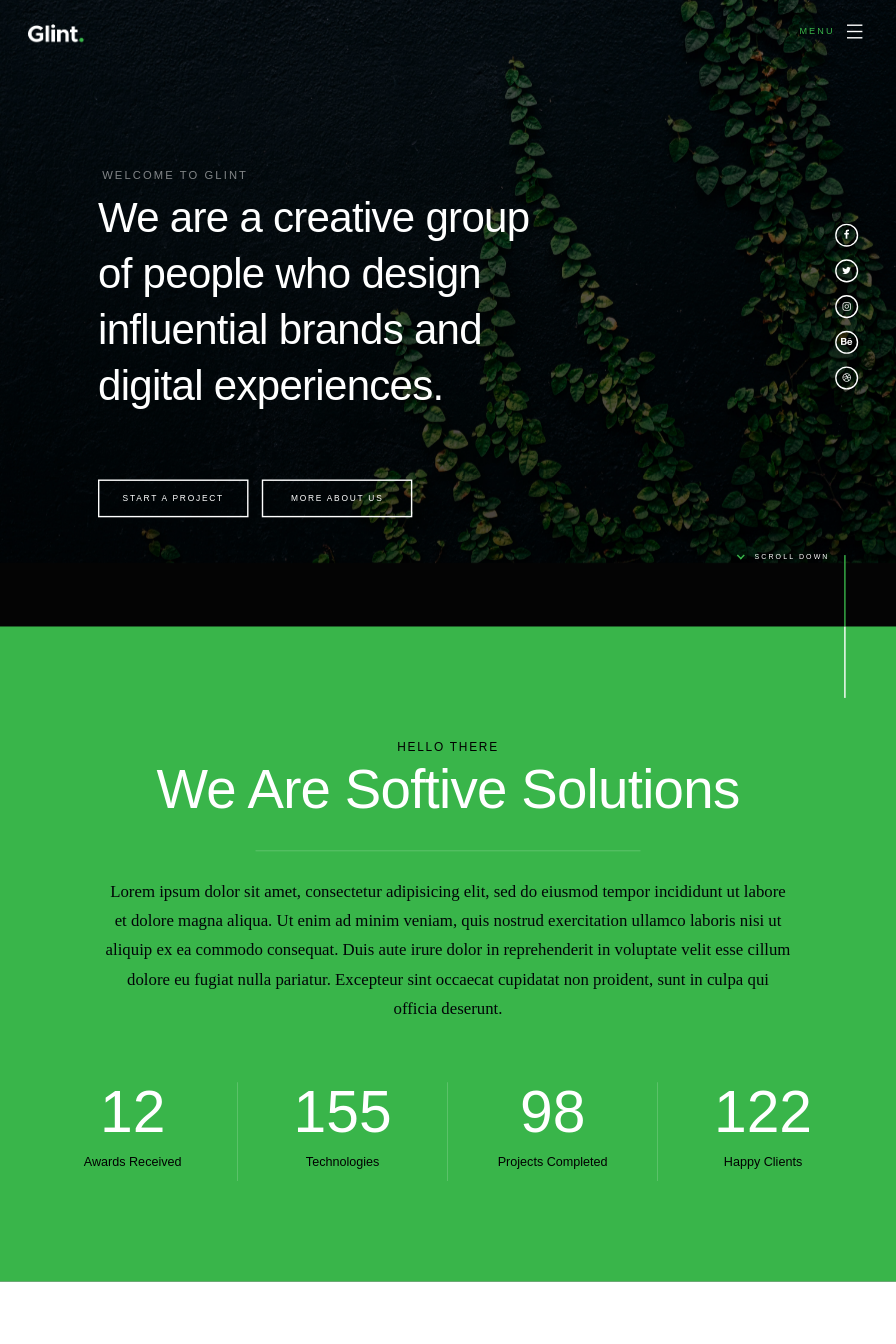
Repository: ahsankalim09/light-Agency
Page: index.html
An editor plug-in stored every save of this project. The page is shown before and after the next save, followed by the edit.
The browser window is 1280 px wide. The pictures show the part of the page from y = 0 to 1920 px (the page is 8556 px tall), at 70% of full size.
Some web fonts or font styles are not loaded; a fallback is used.

Above is the page before, as saved 2020-12-27 18:57:22.

### index.html
<!DOCTYPE html>
<!--[if lt IE 9 ]><html class="no-js oldie" lang="en"> <![endif]-->
<!--[if IE 9 ]><html class="no-js oldie ie9" lang="en"> <![endif]-->
<!--[if (gte IE 9)|!(IE)]><!-->
<html class="no-js" lang="en">
<!--<![endif]-->

<!-- Mirrored from preview.colorlib.com/theme/glint/ by HTTrack Website Copier/3.x [XR&CO'2014], Sun, 27 Dec 2020 13:01:51 GMT -->
<head>

<meta charset="utf-8">
<title>Glint</title>
<meta name="description" content="">
<meta name="author" content="">

<meta name="viewport" content="width=device-width, initial-scale=1">

<link rel="stylesheet" href="css/base.css">
<link rel="stylesheet" href="css/vendor.css">
<link rel="stylesheet" href="css/main.css">

<script src="js/modernizr.js"></script>
<script src="js/pace.min.js"></script>

<link rel="shortcut icon" href="favicon.ico" type="image/x-icon">
<link rel="icon" href="favicon.ico" type="image/x-icon">
</head>
<body id="top">

<header class="s-header">
<div class="header-logo">
<a class="site-logo" href="index-2.html">
<img src="images/logo.png" alt="Homepage">
</a>
</div>
<nav class="header-nav">
<a href="#0" class="header-nav__close" title="close"><span>Close</span></a>
<div class="header-nav__content">
<h3>Navigation</h3>
<ul class="header-nav__list">
<li class="current"><a class="smoothscroll" href="#home" title="home">Home</a></li>
<li><a class="smoothscroll" href="#about" title="about">About</a></li>
<li><a class="smoothscroll" href="#services" title="services">Services</a></li>
<li><a class="smoothscroll" href="#works" title="works">Works</a></li>
<li><a class="smoothscroll" href="#clients" title="clients">Clients</a></li>
<li><a class="smoothscroll" href="#contact" title="contact">Contact</a></li>
</ul>
<p>Perspiciatis hic praesentium nesciunt. Et neque a dolorum <a href='#0'>voluptatem</a> porro iusto sequi veritatis libero enim. Iusto id suscipit veritatis neque reprehenderit.</p>
<ul class="header-nav__social">
<li>
<a href="#"><i class="fa fa-facebook"></i></a>
</li>
<li>
<a href="#"><i class="fa fa-twitter"></i></a>
</li>
<li>
<a href="#"><i class="fa fa-instagram"></i></a>
</li>
<li>
<a href="#"><i class="fa fa-behance"></i></a>
</li>
<li>
<a href="#"><i class="fa fa-dribbble"></i></a>
</li>
</ul>
</div>
</nav>
<a class="header-menu-toggle" href="#0">
<span class="header-menu-text">Menu</span>
<span class="header-menu-icon"></span>
</a>
</header>

<section id="home" class="s-home target-section" data-parallax="scroll" data-image-src="images/hero-bg.jpg" data-natural-width=3000 data-natural-height=2000 data-position-y=center>
<div class="overlay"></div>
<div class="shadow-overlay"></div>
<div class="home-content">
<div class="row home-content__main">
<h3>Welcome to Glint</h3>
<h1>
We are a creative group <br>
of people who design <br>
influential brands and <br>
digital experiences.
</h1>
<div class="home-content__buttons">
<a href="#contact" class="smoothscroll btn btn--stroke">
Start a Project
</a>
<a href="#about" class="smoothscroll btn btn--stroke">
More About Us
</a>
</div>
</div>
<div class="home-content__scroll">
<a href="#about" class="scroll-link smoothscroll">
<span>Scroll Down</span>
</a>
</div>
<div class="home-content__line"></div>
</div>
<ul class="home-social">
<li>
<a href="#0"><i class="fa fa-facebook" aria-hidden="true"></i><span>Facebook</span></a>
</li>
<li>
<a href="#0"><i class="fa fa-twitter" aria-hidden="true"></i><span>Twiiter</span></a>
</li>
<li>
<a href="#0"><i class="fa fa-instagram" aria-hidden="true"></i><span>Instagram</span></a>
</li>
<li>
<a href="#0"><i class="fa fa-behance" aria-hidden="true"></i><span>Behance</span></a>
</li>
<li>
<a href="#0"><i class="fa fa-dribbble" aria-hidden="true"></i><span>Dribbble</span></a>
</li>
</ul>

</section>

<section id='about' class="s-about">
<div class="row section-header has-bottom-sep" data-aos="fade-up">
<div class="col-full">
<h3 class="subhead subhead--dark">Hello There</h3>
<h1 class="display-1 display-1--light"> <span > We Are </span>Softive Solutions</h1>
</div>
</div>
<div class="row about-desc" data-aos="fade-up">
<div class="col-full">
<p>
Lorem ipsum dolor sit amet, consectetur adipisicing elit, sed do eiusmod tempor incididunt ut labore et dolore magna aliqua. Ut enim ad minim veniam, quis nostrud exercitation ullamco laboris nisi ut aliquip ex ea commodo consequat. Duis aute irure dolor in reprehenderit in voluptate velit esse cillum dolore eu fugiat nulla pariatur. Excepteur sint occaecat cupidatat non proident, sunt in culpa qui officia deserunt.
</p>
</div>
</div>
<div class="row about-stats stats block-1-4 block-m-1-2 block-mob-full" data-aos="fade-up">
<div class="col-block stats__col ">
<div class="stats__count">12</div>
<h5>Awards Received</h5>
</div>
<div class="col-block stats__col">
<div class="stats__count">155</div>
<h5>Technologies</h5>
</div>
<div class="col-block stats__col">
<div class="stats__count">98</div>
<h5>Projects Completed</h5>
</div>
<div class="col-block stats__col">
<div class="stats__count">122</div>
<h5>Happy Clients</h5>
</div>
</div>
<div class="about__line"></div>
</section>

<section id='services' class="s-services">
<div class="row section-header has-bottom-sep" data-aos="fade-up">
<div class="col-full">
<h3 class="subhead">What We Do</h3>
<h1 class="display-2">We’ve got everything you need to launch and grow your business</h1>
</div>
</div>
<div class="row services-list block-1-2 block-tab-full">
<div class="col-block service-item" data-aos="fade-up">
<div class="service-icon">
<i class="icon-paint-brush"></i>
</div>
<div class="service-text">
<h3 class="h2">Brand Identity</h3>
<p>Nemo cupiditate ab quibusdam quaerat impedit magni. Earum suscipit ipsum laudantium.
Quo delectus est. Maiores voluptas ab sit natus veritatis ut. Debitis nulla cumque veritatis.
Sunt suscipit voluptas ipsa in tempora esse soluta sint.
</p>
</div>
</div>
<div class="col-block service-item" data-aos="fade-up">
<div class="service-icon">
<i class="icon-group"></i>
</div>
<div class="service-text">
<h3 class="h2">Illustration</h3>
<p>Nemo cupiditate ab quibusdam quaerat impedit magni. Earum suscipit ipsum laudantium.
Quo delectus est. Maiores voluptas ab sit natus veritatis ut. Debitis nulla cumque veritatis.
Sunt suscipit voluptas ipsa in tempora esse soluta sint.
</p>
</div>
</div>
<div class="col-block service-item" data-aos="fade-up">
<div class="service-icon">
<i class="icon-megaphone"></i>
</div>
<div class="service-text">
<h3 class="h2">Marketing</h3>
<p>Nemo cupiditate ab quibusdam quaerat impedit magni. Earum suscipit ipsum laudantium.
Quo delectus est. Maiores voluptas ab sit natus veritatis ut. Debitis nulla cumque veritatis.
Sunt suscipit voluptas ipsa in tempora esse soluta sint.
</p>
</div>
</div>
<div class="col-block service-item" data-aos="fade-up">
<div class="service-icon">
<i class="icon-earth"></i>
</div>
<div class="service-text">
<h3 class="h2">Web Design</h3>
<p>Nemo cupiditate ab quibusdam quaerat impedit magni. Earum suscipit ipsum laudantium.
Quo delectus est. Maiores voluptas ab sit natus veritatis ut. Debitis nulla cumque veritatis.
Sunt suscipit voluptas ipsa in tempora esse soluta sint.
</p>
</div>
</div>
<div class="col-block service-item" data-aos="fade-up">
<div class="service-icon">
<i class="icon-cube"></i>
</div>
<div class="service-text">
<h3 class="h2">Packaging Design</h3>
<p>Nemo cupiditate ab quibusdam quaerat impedit magni. Earum suscipit ipsum laudantium.
Quo delectus est. Maiores voluptas ab sit natus veritatis ut. Debitis nulla cumque veritatis.
Sunt suscipit voluptas ipsa in tempora esse soluta sint.
</p>
</div>
</div>
<div class="col-block service-item" data-aos="fade-up">
<div class="service-icon"><i class="icon-lego-block"></i></div>
<div class="service-text">
<h3 class="h2">Web Development</h3>
<p>Nemo cupiditate ab quibusdam quaerat impedit magni. Earum suscipit ipsum laudantium.
Quo delectus est. Maiores voluptas ab sit natus veritatis ut. Debitis nulla cumque veritatis.
Sunt suscipit voluptas ipsa in tempora esse soluta sint.
</p>
</div>
</div>
</div>
</section>

<section id='works' class="s-works">
<div class="intro-wrap">
<div class="row section-header has-bottom-sep light-sep" data-aos="fade-up">
<div class="col-full">
<h3 class="subhead">Recent Works</h3>
<h1 class="display-2 display-2--light">We love what we do, check out some of our latest works</h1>
</div>
</div>
</div>
<div class="row works-content">
<div class="col-full masonry-wrap">
<div class="masonry">
<div class="masonry__brick" data-aos="fade-up">
<div class="item-folio">
<div class="item-folio__thumb">
<a href="images/portfolio/gallery/g-shutterbug.jpg" class="thumb-link" title="Shutterbug" data-size="1050x700">
<img src="images/portfolio/lady-shutterbug.jpg" srcset="images/portfolio/lady-shutterbug.jpg 1x, images/portfolio/lady-shutterbug@2x.jpg 2x" alt="">
</a>
</div>
<div class="item-folio__text">
<h3 class="item-folio__title">
Shutterbug
</h3>
<p class="item-folio__cat">
Branding
</p>
</div>
<a href="https://www.behance.net/" class="item-folio__project-link" title="Project link">
<i class="icon-link"></i>
</a>
<div class="item-folio__caption">
<p>Vero molestiae sed aut natus excepturi. Et tempora numquam. Temporibus iusto quo.Unde dolorem corrupti neque nisi.</p>
</div>
</div>
</div>
<div class="masonry__brick" data-aos="fade-up">
<div class="item-folio">
<div class="item-folio__thumb">
<a href="images/portfolio/gallery/g-woodcraft.jpg" class="thumb-link" title="Woodcraft" data-size="1050x700">
<img src="images/portfolio/woodcraft.jpg" srcset="images/portfolio/woodcraft.jpg 1x, images/portfolio/woodcraft@2x.jpg 2x" alt="">
</a>
</div>
<div class="item-folio__text">
<h3 class="item-folio__title">
Woodcraft
</h3>
<p class="item-folio__cat">
Web Design
</p>
</div>
<a href="https://www.behance.net/" class="item-folio__project-link" title="Project link">
<i class="icon-link"></i>
</a>
<div class="item-folio__caption">
<p>Vero molestiae sed aut natus excepturi. Et tempora numquam. Temporibus iusto quo.Unde dolorem corrupti neque nisi.</p>
</div>
</div>
</div>
<div class="masonry__brick" data-aos="fade-up">
<div class="item-folio">
<div class="item-folio__thumb">
<a href="images/portfolio/gallery/g-beetle.jpg" class="thumb-link" title="The Beetle Car" data-size="1050x700">
<img src="images/portfolio/the-beetle.jpg" srcset="images/portfolio/the-beetle.jpg 1x, images/portfolio/the-beetle@2x.jpg 2x" alt="">
</a>
</div>
<div class="item-folio__text">
<h3 class="item-folio__title">
The Beetle
</h3>
<p class="item-folio__cat">
Web Development
</p>
</div>
<a href="https://www.behance.net/" class="item-folio__project-link" title="Project link">
<i class="icon-link"></i>
</a>
<div class="item-folio__caption">
<p>Vero molestiae sed aut natus excepturi. Et tempora numquam. Temporibus iusto quo.Unde dolorem corrupti neque nisi.</p>
</div>
</div>
</div>
<div class="masonry__brick" data-aos="fade-up">
<div class="item-folio">
<div class="item-folio__thumb">
<a href="images/portfolio/gallery/g-grow-green.jpg" class="thumb-link" title="Grow Green" data-size="1050x700">
<img src="images/portfolio/grow-green.jpg" srcset="images/portfolio/grow-green.jpg 1x, images/portfolio/grow-green@2x.jpg 2x" alt="">
</a>
</div>
<div class="item-folio__text">
<h3 class="item-folio__title">
Grow Green
</h3>
<p class="item-folio__cat">
Branding
</p>
</div>
<a href="https://www.behance.net/" class="item-folio__project-link" title="Project link">
<i class="icon-link"></i>
</a>
<div class="item-folio__caption">
<p>Vero molestiae sed aut natus excepturi. Et tempora numquam. Temporibus iusto quo.Unde dolorem corrupti neque nisi.</p>
</div>
</div>
</div>
<div class="masonry__brick" data-aos="fade-up">
<div class="item-folio">
<div class="item-folio__thumb">
<a href="images/portfolio/gallery/g-guitarist.jpg" class="thumb-link" title="Guitarist" data-size="1050x700">
<img src="images/portfolio/guitarist.jpg" srcset="images/portfolio/guitarist.jpg 1x, images/portfolio/guitarist@2x.jpg 2x" alt="">
</a>
</div>
<div class="item-folio__text">
<h3 class="item-folio__title">
Guitarist
</h3>
<p class="item-folio__cat">
Web Design
</p>
</div>
<a href="https://www.behance.net/" class="item-folio__project-link" title="Project link">
<i class="icon-link"></i>
</a>
<div class="item-folio__caption">
<p>Vero molestiae sed aut natus excepturi. Et tempora numquam. Temporibus iusto quo.Unde dolorem corrupti neque nisi.</p>
</div>
</div>
</div>
<div class="masonry__brick" data-aos="fade-up">
<div class="item-folio">
<div class="item-folio__thumb">
<a href="images/portfolio/gallery/g-palmeira.jpg" class="thumb-link" title="Palmeira" data-size="1050x700">
<img src="images/portfolio/palmeira.jpg" srcset="images/portfolio/palmeira.jpg 1x, images/portfolio/palmeira@2x.jpg 2x" alt="">
 </a>
</div>
<div class="item-folio__text">
<h3 class="item-folio__title">
Palmeira
</h3>
<p class="item-folio__cat">
Web Design
</p>
</div>
<a href="https://www.behance.net/" class="item-folio__project-link" title="Project link">
<i class="icon-link"></i>
</a>
<div class="item-folio__caption">
<p>Vero molestiae sed aut natus excepturi. Et tempora numquam. Temporibus iusto quo.Unde dolorem corrupti neque nisi.</p>
</div>
</div>
</div>
</div>
</div>
</div>
</section>

<section id="clients" class="s-clients">
<div class="row section-header" data-aos="fade-up">
<div class="col-full">
<h3 class="subhead">Our Clients</h3>
<h1 class="display-2">Glint has been honored to
partner up with these clients</h1>
</div>
</div>
<div class="row clients-outer" data-aos="fade-up">
<div class="col-full">
<div class="clients">
<a href="#0" title="" class="clients__slide"><img src="images/clients/apple.png" /></a>
<a href="#0" title="" class="clients__slide"><img src="images/clients/atom.png" /></a>
<a href="#0" title="" class="clients__slide"><img src="images/clients/blackberry.png" /></a>
<a href="#0" title="" class="clients__slide"><img src="images/clients/dropbox.png" /></a>
<a href="#0" title="" class="clients__slide"><img src="images/clients/envato.png" /></a>
<a href="#0" title="" class="clients__slide"><img src="images/clients/firefox.png" /></a>
<a href="#0" title="" class="clients__slide"><img src="images/clients/joomla.png" /></a>
<a href="#0" title="" class="clients__slide"><img src="images/clients/magento.png" /></a>
</div>
</div>
</div>
<div class="row clients-testimonials" data-aos="fade-up">
<div class="col-full">
<div class="testimonials">
<div class="testimonials__slide">
<p>Qui ipsam temporibus quisquam vel. Maiores eos cumque distinctio nam accusantium ipsum.
Laudantium quia consequatur molestias delectus culpa facere hic dolores aperiam. Accusantium quos qui praesentium corpori.
Excepturi nam cupiditate culpa doloremque deleniti repellat.</p>
<img src="images/avatars/user-01.jpg" alt="Author image" class="testimonials__avatar">
<div class="testimonials__info">
<span class="testimonials__name">Tim Cook</span>
<span class="testimonials__pos">CEO, Apple</span>
</div>
</div>
<div class="testimonials__slide">
<p>Excepturi nam cupiditate culpa doloremque deleniti repellat. Veniam quos repellat voluptas animi adipisci.
Nisi eaque consequatur. Quasi voluptas eius distinctio. Atque eos maxime. Qui ipsam temporibus quisquam vel.</p>
<img src="images/avatars/user-05.jpg" alt="Author image" class="testimonials__avatar">
<div class="testimonials__info">
<span class="testimonials__name">Sundar Pichai</span>
<span class="testimonials__pos">CEO, Google</span>
</div>
</div>
<div class="testimonials__slide">
<p>Repellat dignissimos libero. Qui sed at corrupti expedita voluptas odit. Nihil ea quia nesciunt. Ducimus aut sed ipsam.
Autem eaque officia cum exercitationem sunt voluptatum accusamus. Quasi voluptas eius distinctio.</p>
<img src="images/avatars/user-02.jpg" alt="Author image" class="testimonials__avatar">
<div class="testimonials__info">
<span class="testimonials__name">Satya Nadella</span>
<span class="testimonials__pos">CEO, Microsoft</span>
</div>
</div>
</div>
</div>
</div>
</section>

<section id="contact" class="s-contact">
<div class="overlay"></div>
<div class="contact__line"></div>
<div class="row section-header" data-aos="fade-up">
<div class="col-full">
<h3 class="subhead">Contact Us</h3>
<h1 class="display-2 display-2--light">Reach out for a new project or just say hello</h1>
</div>
</div>
<div class="row contact-content" data-aos="fade-up">
<div class="contact-primary">
<h3 class="h6">Send Us A Message</h3>
<form name="contactForm" id="contactForm" method="post" action="#" novalidate="novalidate">
<fieldset>
<div class="form-field">
<input name="contactName" type="text" id="contactName" placeholder="Your Name" value="" minlength="2" required="" aria-required="true" class="full-width">
</div>
<div class="form-field">
<input name="contactEmail" type="email" id="contactEmail" placeholder="Your Email" value="" required="" aria-required="true" class="full-width">
</div>
<div class="form-field">
<input name="contactSubject" type="text" id="contactSubject" placeholder="Subject" value="" class="full-width">
</div>
<div class="form-field">
<textarea name="contactMessage" id="contactMessage" placeholder="Your Message" rows="10" cols="50" required="" aria-required="true" class="full-width"></textarea>
</div>
<div class="form-field">
<button class="full-width btn--primary">Submit</button>
<div class="submit-loader">
<div class="text-loader">Sending...</div>
<div class="s-loader">
<div class="bounce1"></div>
<div class="bounce2"></div>
<div class="bounce3"></div>
</div>
</div>
</div>
</fieldset>
</form>

<div class="message-warning">
Something went wrong. Please try again.
</div>

 <div class="message-success">
Your message was sent, thank you!<br>
</div>
</div>
<div class="contact-secondary">
<div class="contact-info">
<h3 class="h6 hide-on-fullwidth">Contact Info</h3>
<div class="cinfo">
<h5>Where to Find Us</h5>
<p>
1600 Amphitheatre Parkway<br>
Mountain View, CA<br>
94043 US
</p>
</div>
<div class="cinfo">
<h5>Email Us At</h5>
<p>
<a href="https://preview.colorlib.com/cdn-cgi/l/email-protection" class="__cf_email__" data-cfemail="15767a7b617476615572797c7b61667c61703b767a78">[email&#160;protected]</a><br>
<a href="https://preview.colorlib.com/cdn-cgi/l/email-protection" class="__cf_email__" data-cfemail="4e272028210e292227203a3d273a2b602d2123">[email&#160;protected]</a>
</p>
</div>
<div class="cinfo">
<h5>Call Us At</h5>
<p>
Phone: (+63) 555 1212<br>
Mobile: (+63) 555 0100<br>
Fax: (+63) 555 0101
</p>
</div>
<ul class="contact-social">
<li>
<a href="#"><i class="fa fa-facebook" aria-hidden="true"></i></a>
</li>
<li>
<a href="#"><i class="fa fa-twitter" aria-hidden="true"></i></a>
</li>
<li>
<a href="#"><i class="fa fa-instagram" aria-hidden="true"></i></a>
</li>
<li>
<a href="#"><i class="fa fa-behance" aria-hidden="true"></i></a>
</li>
<li>
<a href="#"><i class="fa fa-dribbble" aria-hidden="true"></i></a>
</li>
</ul>
</div>
</div>
</div>
</section>

<footer>
<div class="row footer-main">
<div class="col-six tab-full left footer-desc">
<div class="footer-logo"></div>
Proin eget tortor risus. Mauris blandit aliquet elit, eget tincidunt nibh pulvinar a. Praesent sapien massa, convallis a pellentesque nec, egestas non nisi. Mauris blandit aliquet elit, eget tincidunt nibh pulvinar a. Nulla porttitor accumsan tincidunt. Nulla porttitor accumsan tincidunt. Quaerat voluptas autem necessitatibus vitae aut.
</div>
<div class="col-six tab-full right footer-subscribe">
<h4>Get Notified</h4>
<p>Quia quo qui sed odit. Quaerat voluptas autem necessitatibus vitae aut non alias sed quia. Ut itaque enim optio ut excepturi deserunt iusto porro.</p>
<div class="subscribe-form">
<form id="mc-form" class="group" novalidate="true">
<input type="email" value="" name="EMAIL" class="email" id="mc-email" placeholder="Email Address" required="">
<input type="submit" name="subscribe" value="Subscribe">
<label for="mc-email" class="subscribe-message"></label>
</form>
</div>
</div>
</div>
<div class="row footer-bottom">
<div class="col-twelve">
<div class="copyright">
<span>© Copyright Glint 2017</span>
<span>Site Template by <a href="https://www.colorlib.com/">Colorlib</a></span>
</div>
<div class="go-top">
<a class="smoothscroll" title="Back to Top" href="#top"><i class="icon-arrow-up" aria-hidden="true"></i></a>
</div>
</div>
</div>
</footer>

<div aria-hidden="true" class="pswp" role="dialog" tabindex="-1">
<div class="pswp__bg"></div>
<div class="pswp__scroll-wrap">
<div class="pswp__container">
<div class="pswp__item"></div>
<div class="pswp__item"></div>
<div class="pswp__item"></div>
</div>
<div class="pswp__ui pswp__ui--hidden">
<div class="pswp__top-bar">
<div class="pswp__counter"></div><button class="pswp__button pswp__button--close" title="Close (Esc)"></button> <button class="pswp__button pswp__button--share" title="Share"></button> <button class="pswp__button pswp__button--fs" title="Toggle fullscreen"></button> <button class="pswp__button pswp__button--zoom" title="Zoom in/out"></button>
<div class="pswp__preloader">
<div class="pswp__preloader__icn">
<div class="pswp__preloader__cut">
<div class="pswp__preloader__donut"></div>
</div>
</div>
</div>
</div>
<div class="pswp__share-modal pswp__share-modal--hidden pswp__single-tap">
<div class="pswp__share-tooltip"></div>
</div><button class="pswp__button pswp__button--arrow--left" title="Previous (arrow left)"></button> <button class="pswp__button pswp__button--arrow--right" title="Next (arrow right)"></button>
<div class="pswp__caption">
<div class="pswp__caption__center"></div>
</div>
</div>
</div>
</div>

<div id="preloader">
<div id="loader">
<div class="line-scale-pulse-out">
<div></div>
<div></div>
<div></div>
<div></div>
<div></div>
</div>
</div>
</div>

<script data-cfasync="false" src="../../cdn-cgi/scripts/5c5dd728/cloudflare-static/email-decode.min.js"></script><script src="js/jquery-3.2.1.min.js"></script>
<script src="js/plugins.js"></script>
<script src="js/main.js"></script>
</body>

<!-- Mirrored from preview.colorlib.com/theme/glint/ by HTTrack Website Copier/3.x [XR&CO'2014], Sun, 27 Dec 2020 13:02:02 GMT -->
</html>

Loaded but not shown: css/base.css (library); css/vendor.css (library); css/main.css (library); js/modernizr.js (library); js/pace.min.js (library); css/font-awesome/css/font-awesome.min.css (library); css/micons/micons.css (library); js/jquery-3.2.1.min.js (library); js/plugins.js (library); js/main.js (library)

After the next save:
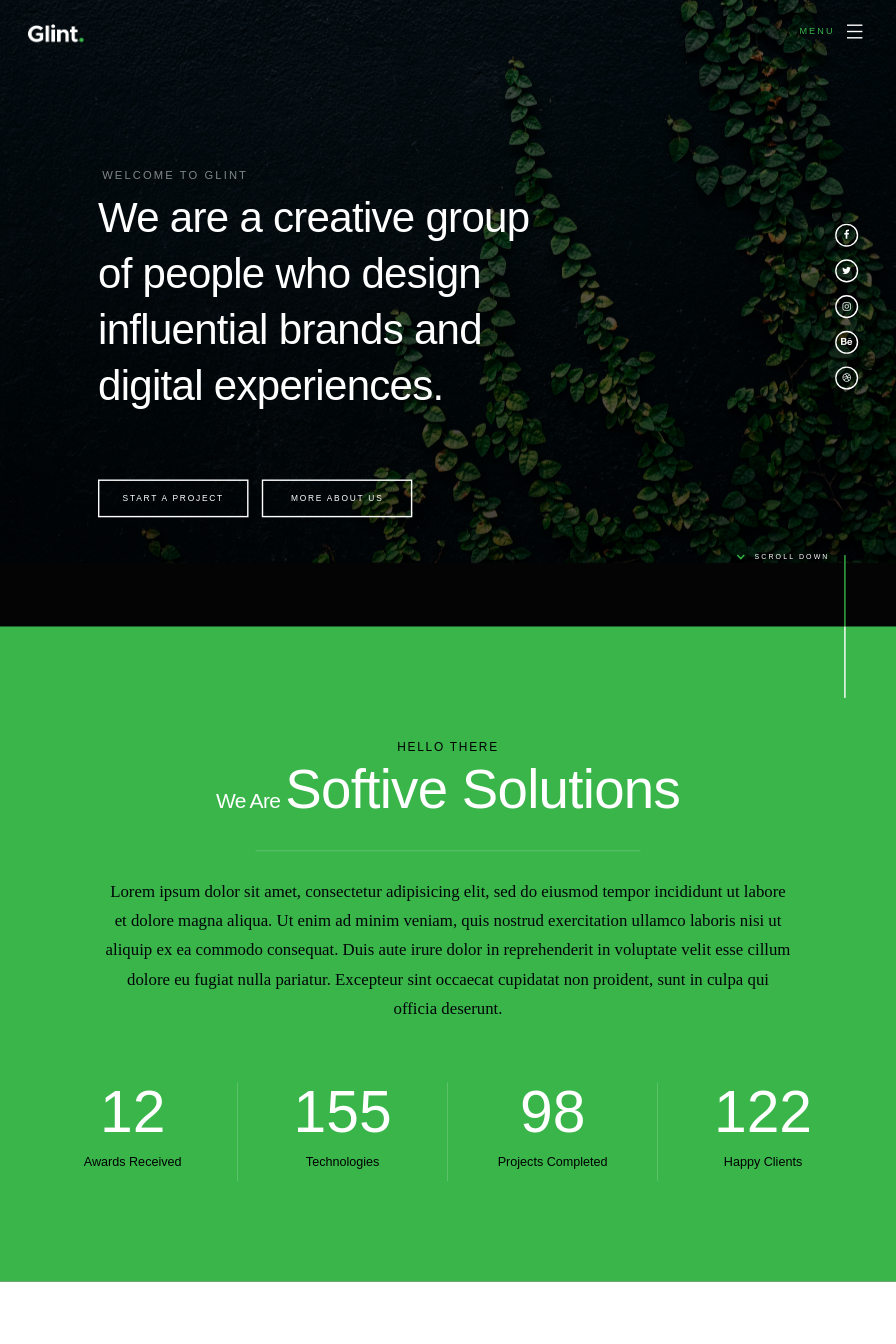
Saved 7 s later.
--- a/index.html
+++ b/index.html
@@ -123,7 +123,7 @@ More About Us
 <div class="row section-header has-bottom-sep" data-aos="fade-up">
 <div class="col-full">
 <h3 class="subhead subhead--dark">Hello There</h3>
-<h1 class="display-1 display-1--light"> <span > We Are </span>Softive Solutions</h1>
+<h1 class="display-1 display-1--light"> <span style="font-size: 30px;" > We Are </span>Softive Solutions</h1>
 </div>
 </div>
 <div class="row about-desc" data-aos="fade-up">
